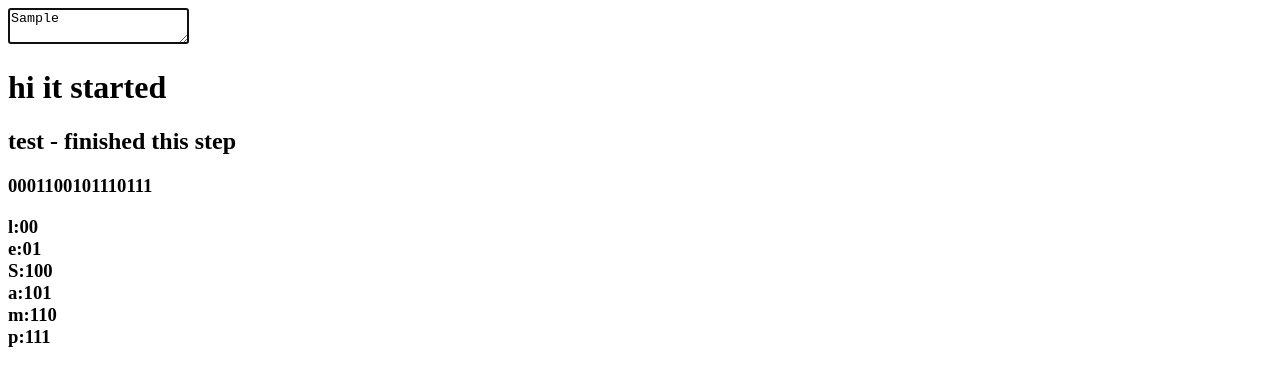
Repository: rdass1/HuffmanCoding-Decoding
Page: index.html
These files come from the project's save history. The page is drawn as it stood at one moment and after the next save; the edit follows.
The browser window is 1280 px wide. The pictures show the whole page.
Empty fields were first filled with sample values (such as "Sample", 5 or name@example.com).
After loading, the first visible `#encoderInput` was changed once.

Above is the page before, as saved 2021-11-27 00:51:33.

After the next save:
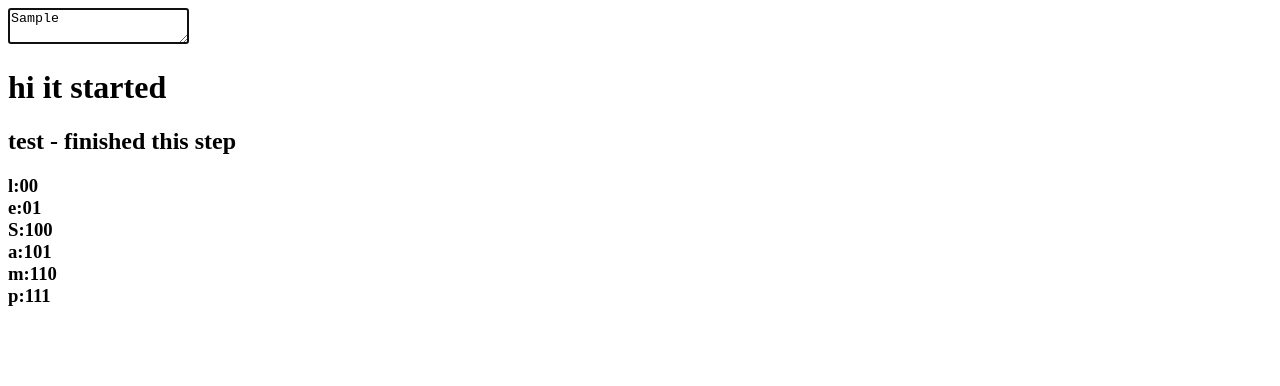
Saved 112 s later.
--- a/javascript/huffmanNode.js
+++ b/javascript/huffmanNode.js
@@ -74,9 +74,7 @@ HuffmanCoding.prototype = {
             return;
         }
         if (root.left == null && root.right == null && ((root.c).toLowerCase()) != ((root.c).toUpperCase())){
-            for(var i = 0; i < root.data;i++){
-                document.getElementById("charCodes").innerHTML += root.code;
-            }
+
             return;
         }
         console.log('hi');

After the 2 saves that followed:
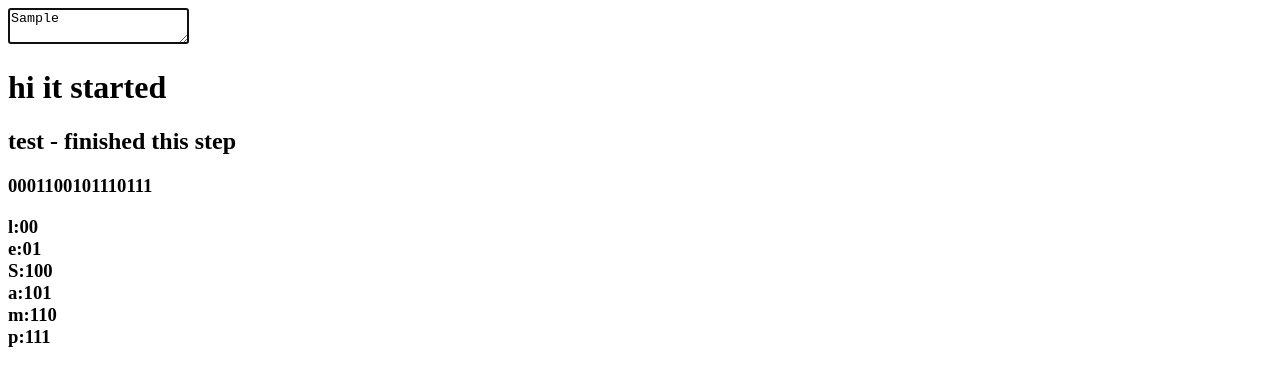
The 2 saves are shown as one change because they came seconds apart.
The last was saved 8 s later.
--- a/javascript/huffmanNode.js
+++ b/javascript/huffmanNode.js
@@ -62,6 +62,9 @@ HuffmanCoding.prototype = {
         }
         if (root.left == null && root.right == null && ((root.c).toLowerCase()) != ((root.c).toUpperCase())){
             root.code += s;
+            for(var i = 0; i < root.data;i++){
+                document.getElementById("charCodes").innerHTML += root.code;
+            }
             document.getElementById("charCodesVerbose").innerHTML +=root.c + ":" + s+"<br>";
             return;
         }
